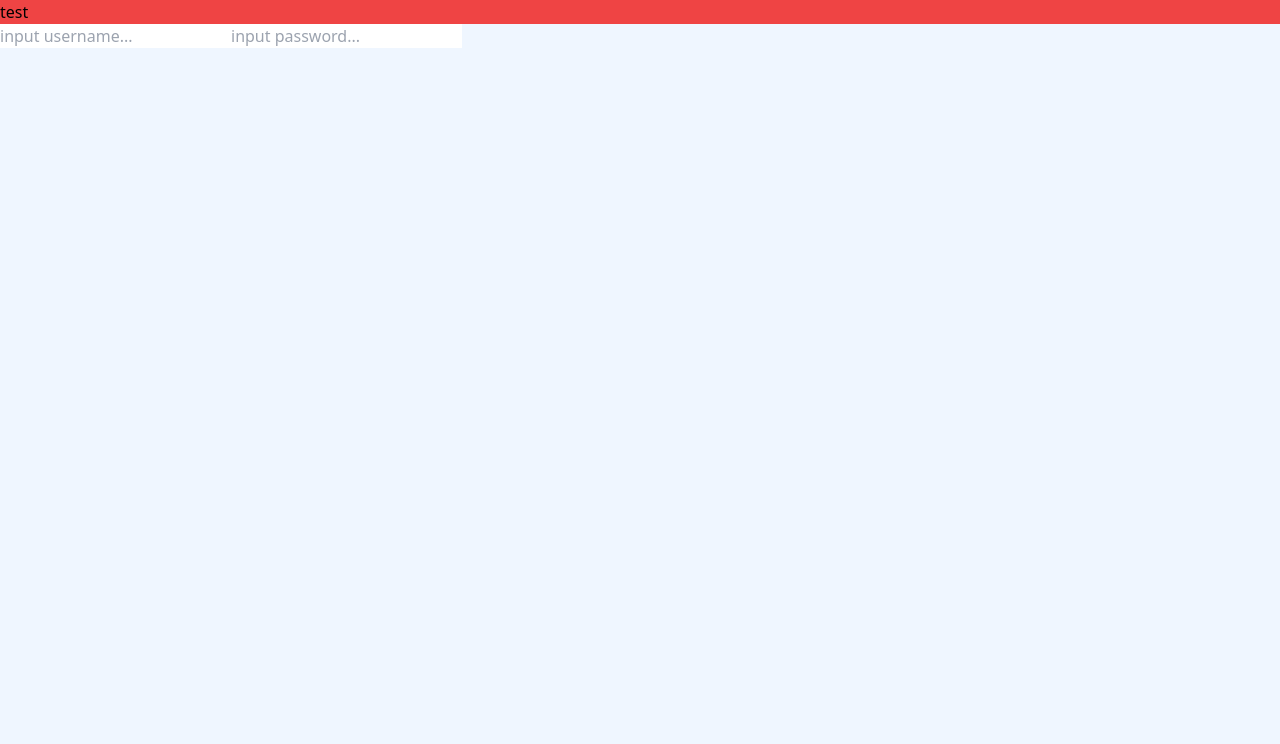
Repository: HAONANTAO/MERN_chat_app
Page: / (app in client/)
The author's editor kept a copy of each file at every save. The page is drawn from the files as they stood at one save, then again after the next save.
The browser window is 1280 px wide. The pictures show the whole page.
The project was rebuilt for these pictures with package versions that can differ from the ones it lists, and the page was loaded fresh each time. Also part of the build but not shown: client/vite.config.js.

Above is the page before, as saved 2024-03-18 15:24:15.

### client/src/App.jsx
import Register from "./Register";

function App() {
  return (
    <>
      <div className="bg-red-500">test</div>
      <Register></Register>
    </>
  );
}

export default App;

### client/src/Register.jsx
import React from "react";

const Register = () => {
  return (
    <div className="bg-blue-50 h-screen">
      <form>
        <input type="text" placeholder="input username..."></input >
        <input type="password" placeholder="input password..."></input>
      </form>
    </div>
  );
};

export default Register;

### client/tailwind.config.js
/** @type {import('tailwindcss').Config} */
export default {
  content: ["./src/*.jsx"],
  theme: {
    extend: {},
  },
  plugins: [],
};

Loaded but not shown: client/index.html (common file); client/src/main.jsx (common file); client/src/index.css (common file)

After the next save:
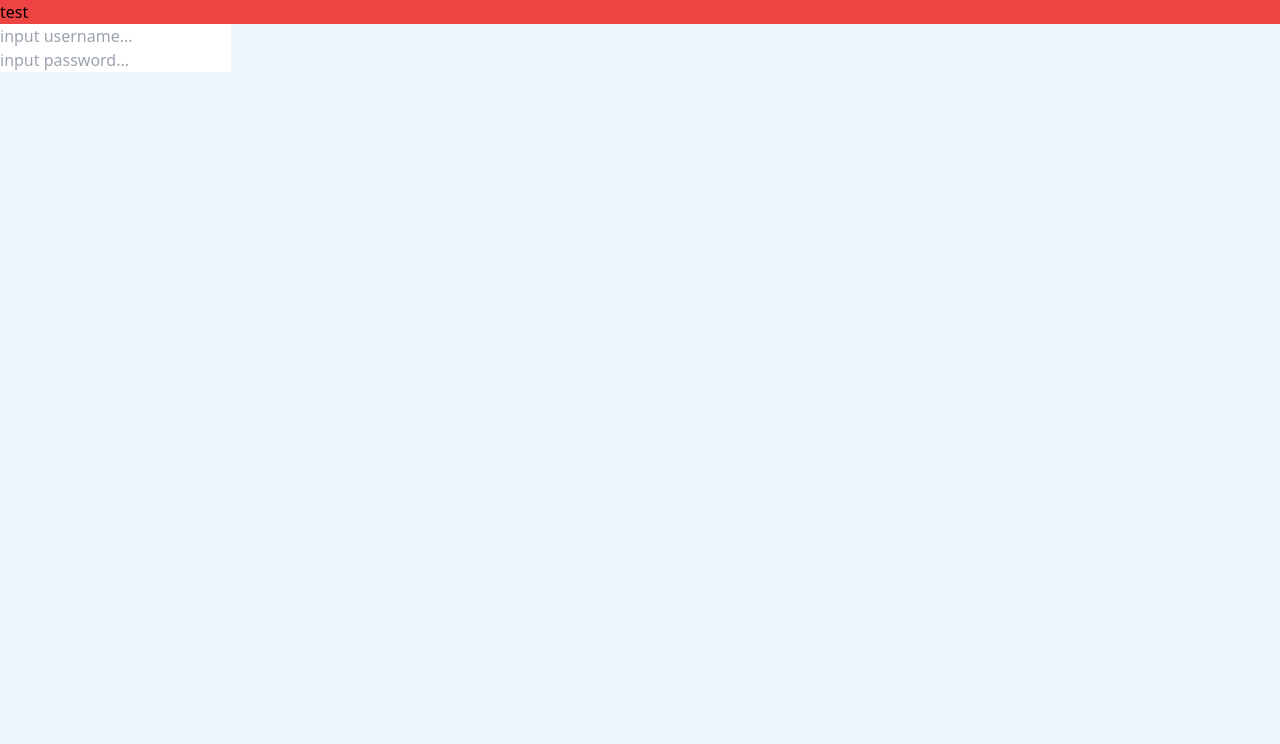
Saved 6 s later.
--- a/client/src/Register.jsx
+++ b/client/src/Register.jsx
@@ -4,7 +4,7 @@ const Register = () => {
   return (
     <div className="bg-blue-50 h-screen">
       <form>
-        <input type="text" placeholder="input username..."></input >
+        <input type="text" placeholder="input username..." className="block"></input >
         <input type="password" placeholder="input password..."></input>
       </form>
     </div>
